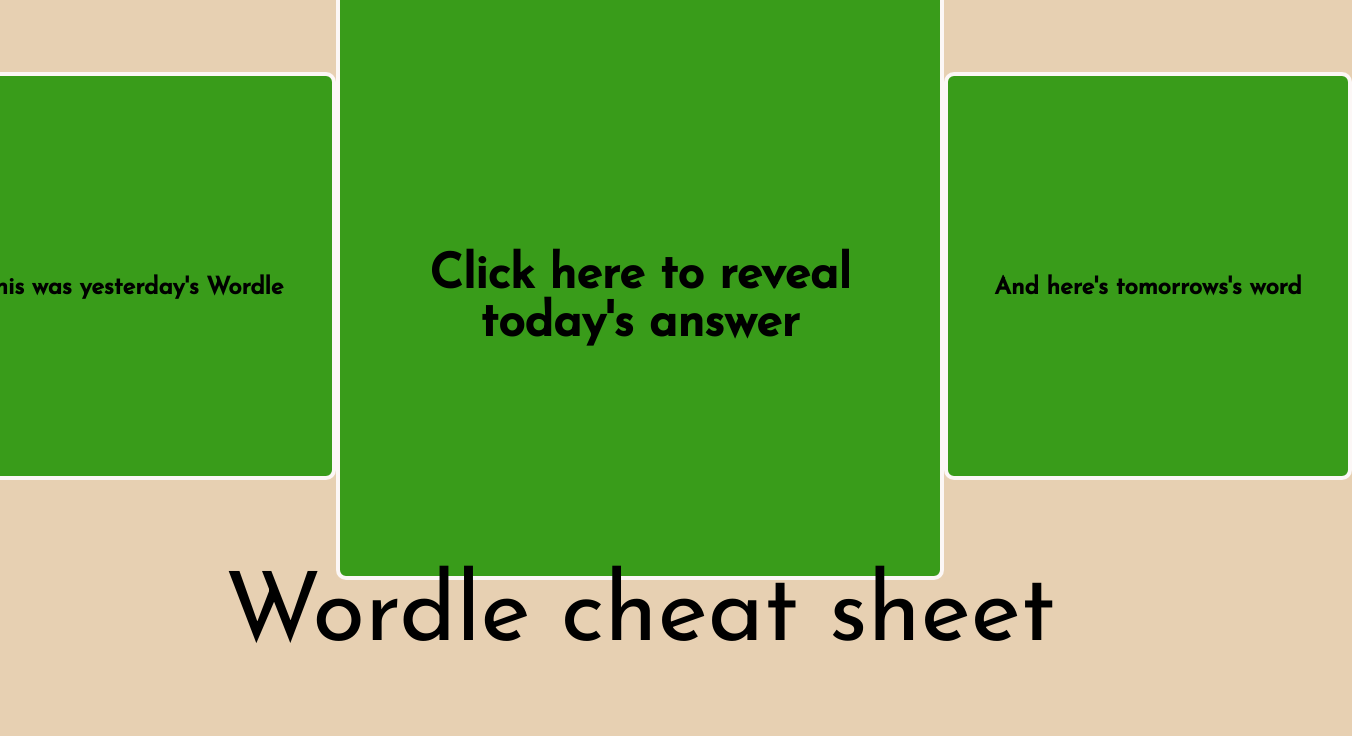
Repository: enoripl/tomorrows-wordle
Page: index.html
An editor plug-in stored every save of this project. The page is shown before and after the next save, followed by the edit.
The browser window is 1280 px wide. The page is 1352 px wide, so the pictures cover 1352 px, including what lies to the right of the window. The pictures show the whole page.

Above is the page before, as saved 2022-02-09 17:52:23.

### index.html
<!DOCTYPE html>
<html lang="en">
  <head>
    <meta charset="UTF-8" />
    <meta http-equiv="X-UA-Compatible" content="IE=edge" />
    <meta name="viewport" content="width=device-width, initial-scale=1.0" />
    <link rel="stylesheet" href="styles.css" />
    <script type="text/javascript" src="script.js" defer></script>
    <title>Today's (and tommorow's Wordle)</title>
  </head>
  <body>
    <main class="main-content">
      <div class="buttons-section">
        <div class="buttons-group">
          <div class="answer-btns" id="yesterdays-btn">
            This was yesterday's Wordle
          </div>
          <div class="answer-btns" id="todays-btn">
            Click here to reveal
            today's answer
          </div>
          <div class="answer-btns" id="tomorrows-btn">
            And here's tomorrows's word
          </div>
        </div>
      </div>
    </main>
    <div class="logo-section">
      <div class="logo">Wordle cheat sheet</div>
    </header>
  </body>
</html>

### styles.css
@import url('https://fonts.googleapis.com/css2?family=Josefin+Sans:wght@300;400;500&display=swap');
body {
    height: 100vh;
    font-family: 'Josefin Sans', sans-serif;
    background-color: rgb(231, 208, 178);
    white-space: pre-line;
}

main {
    height: 70%;
}
.main-content {
    display: flex;
    justify-content: center;
    align-items: center;
}
.buttons-group {
    display: flex;
    align-items: center;
}

.answer-btns {
    display: flex;
    justify-content: center;
    align-items: center;
    text-align: center;
    background-color: rgb(57, 156, 26);
    height: 400px;
    width: 400px;
    font-size: 1.5rem;
    font-weight: 600;
    border-radius: 10px;
    border: 4px solid rgb(252, 247, 246);
}

#todays-btn {
    height: 600px;
    width: 600px;
    font-size: 3rem;
}

.answer-text {
    font-size: 3rem;
    font-weight: 800;
}


.logo-section {
    display: flex;
    justify-content: center;
    align-items: center;
    height: 20vh;
    font-size: 6rem;
}

Loaded but not shown: script.js (2355 lines, source omitted)

After the next save:
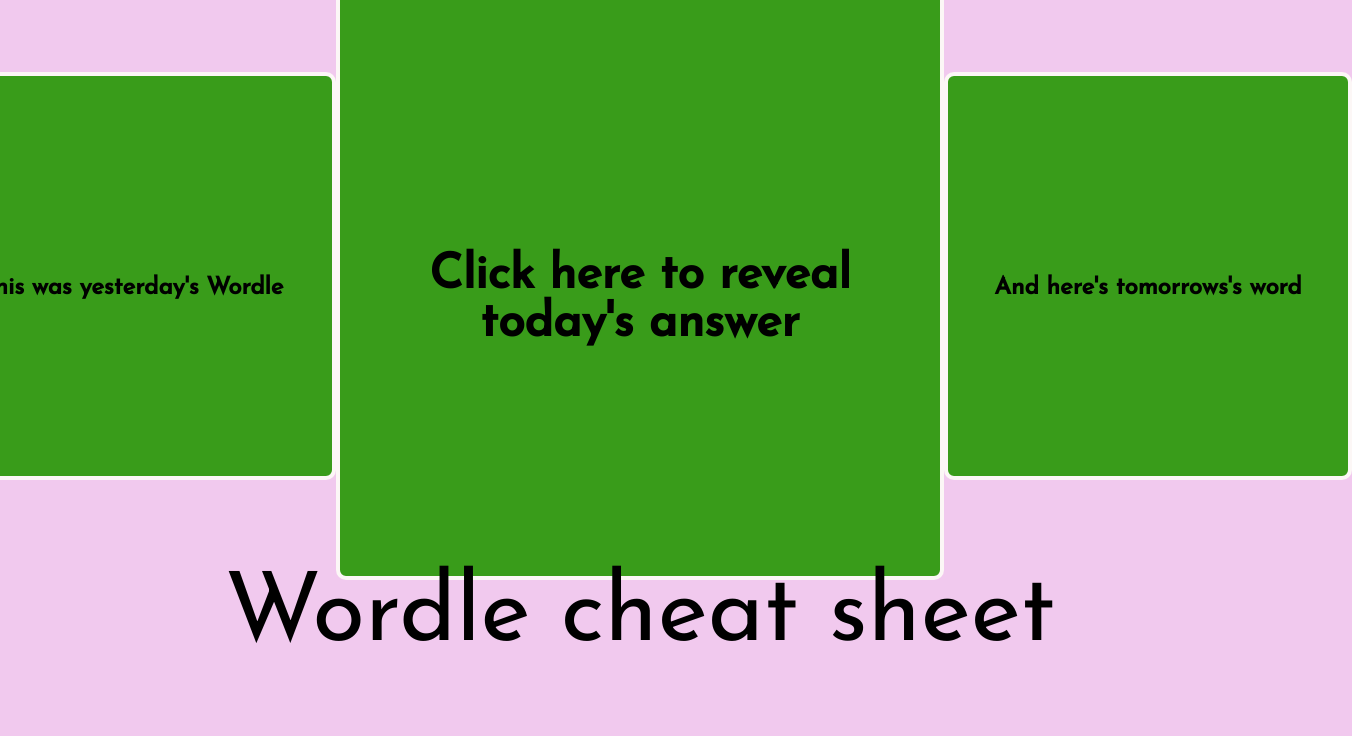
Saved 9 s later.
--- a/styles.css
+++ b/styles.css
@@ -2,7 +2,7 @@
 body {
     height: 100vh;
     font-family: 'Josefin Sans', sans-serif;
-    background-color: rgb(231, 208, 178);
+    background-color: rgb(241, 201, 238);
     white-space: pre-line;
 }
 
